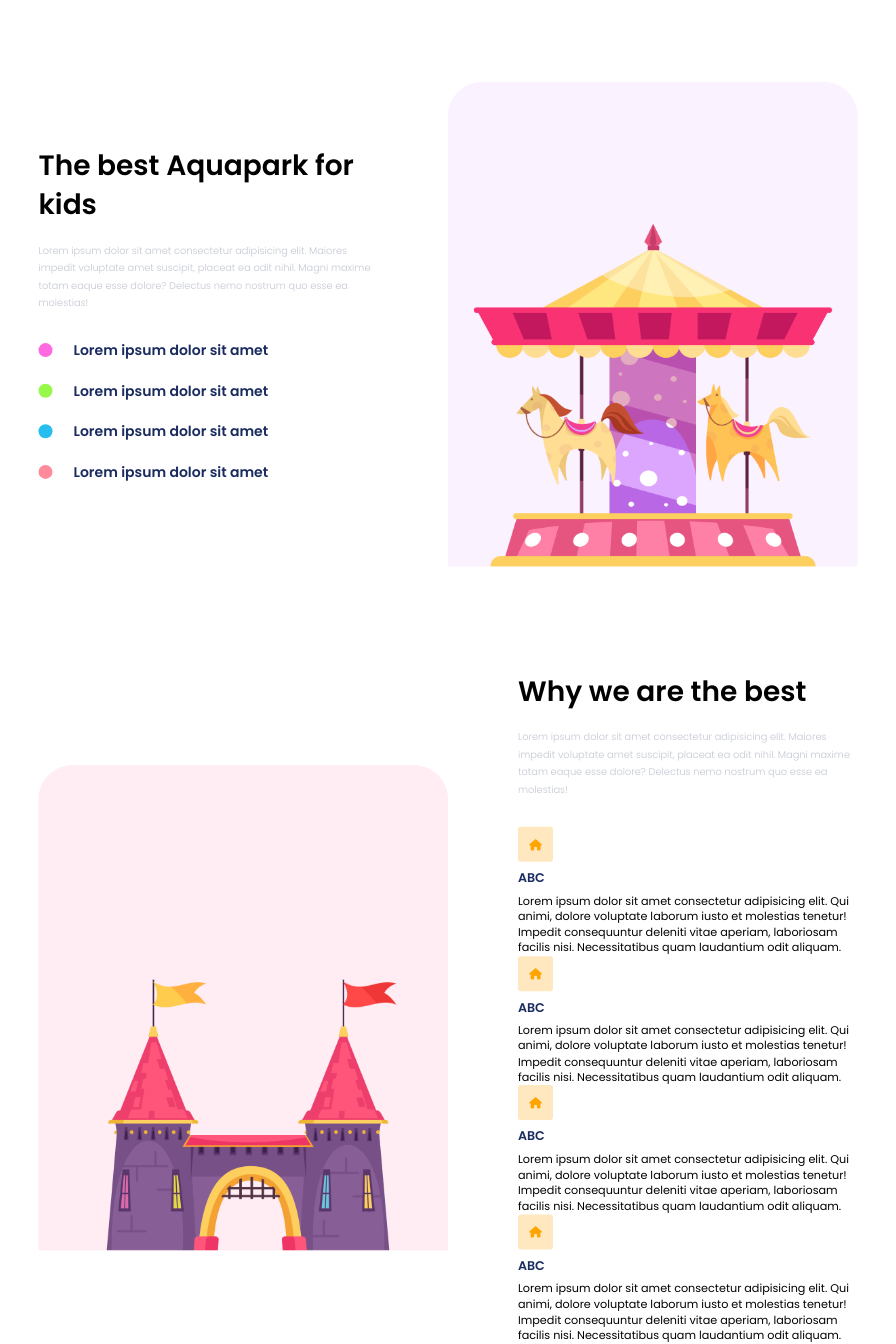
Repository: khuong30082000/the-playground
Page: index.html
These files come from the project's save history. The page is drawn as it stood at one moment and after the next save; the edit follows.
The browser window is 1280 px wide. The pictures show the part of the page from y = 2083 to 4003 px (the page is 4003 px tall), at 70% of full size.
Some web libraries are served in a nearby version. The style sheet was rebuilt from its Sass, Less or Tailwind sources for each picture, by a compiler version that may differ from the author's.

Above is the page before, as saved 2022-06-20 22:14:27.

### index.html
<!DOCTYPE html>
<html lang="en">
  <head>
    <meta charset="UTF-8" />
    <meta http-equiv="X-UA-Compatible" content="IE=edge" />
    <meta name="viewport" content="width=device-width, initial-scale=1.0" />
    <title>Document</title>
    <link rel="stylesheet" href="css/style.css" />
    <link rel="preconnect" href="https://fonts.googleapis.com" />
    <link rel="preconnect" href="https://fonts.gstatic.com" crossorigin />
    <link
      href="https://fonts.googleapis.com/css2?family=Poppins:wght@300;400;600;700&display=swap"
      rel="stylesheet"
    />
    <link rel="stylesheet" href="https://cdnjs.cloudflare.com/ajax/libs/font-awesome/6.1.1/css/all.min.css" integrity="sha512-KfkfwYDsLkIlwQp6LFnl8zNdLGxu9YAA1QvwINks4PhcElQSvqcyVLLD9aMhXd13uQjoXtEKNosOWaZqXgel0g==" crossorigin="anonymous" referrerpolicy="no-referrer" />
  </head>
   <!-- sass scss/style.scss css/style.css --watch -->
  <body>
    <div class="wrapper">
      <header class="header">
        <div class="container header__inner">
          <a href="" class="header__logo">
            <span class="header__text">Play</span>ground
          </a>
          <nav class="header__menu">
            <ul class="header__menu-list">
              <li class="header__menu-item">
                <a href="" class="header__menu-link">Events</a>
              </li>
              <li class="header__menu-item">
                <a href="" class="header__menu-link">Pricing</a>
              </li>
              <li class="header__menu-item">
                <a href="" class="header__menu-link">Blog</a>
              </li>
              <li class="header__menu-item ">
                <a href="" class="header__menu-link header__menu-login">Login</a>
              </li>
            </ul>
          </nav>
        </div>
      </header>
      <section class="banner">
        <div class="container">
            <h1 class="banner__heading">The Kids PlayGround</h1>
            <p class="banner__desc">Lorem ipsum dolor sit amet consectetur adipisicing elit. Vitae voluptatibus minus veritatis. Minus explicabo maxime blanditiis reprehenderit. Voluptatum, quae. Expedita itaque sunt necessitatibus excepturi illum ea maxime quod corrupti vitae.</p>
            <div class="banner__buttons">
                  <a href="" class="btn btn--border btn--rounded">Explore</a>
                  <a href="" class="btn btn--primary btn--rounded has-shadow">Buy Tickets</a>
            </div>
        </div>
      </section>
     <section class="category">
        <div class="container">
            <ul class="category__list">
                <li class="category__item">
                    <img src="images/img1.png" alt="" class="category__image">
                    <h3 class="category__name">Safe Rides Safe Rides Safe Rides </h3>
                    <a href="" class="category__details">
                        abc <i class="fa fa-angle-right"></i>
                    </a>
                </li>
                <li class="category__item">
                    <img src="images/img2.png" alt="" class="category__image">
                    <h3 class="category__name">Safe Rides</h3>
                    <a href="" class="category__details">
                        abc <i class="fa fa-angle-right"></i>
                    </a>
                </li>
                <li class="category__item">
                    <img src="images/img3.png" alt="" class="category__image">
                    <h3 class="category__name">Safe Rides</h3>
                    <a href="" class="category__details">
                        abc <i class="fa fa-angle-right"></i>
                    </a>
                </li>
                <li class="category__item">
                    <img src="images/img4.png" alt="" class="category__image">
                    <h3 class="category__name">Safe Rides</h3>
                    <a href="" class="category__details">
                        abc <i class="fa fa-angle-right"></i>
                    </a>
                </li>
            </ul>
        </div>
     </section>
     <section class="feature">
      <div class="container">
        <div class="feature__item">
          <div class="feature__image">
            <img src="images/img5.png" alt="" srcset="">
          </div>
          <div class="feature__info">
            <h2 class="feature__heading">The outdoor environment is age-appropriate to play</h2>
            <p class="feature__desc">Lorem ipsum dolor sit amet consectetur adipisicing elit. Maiores impedit voluptate amet suscipit, placeat ea odit nihil. Magni maxime totam eaque esse dolore? Delectus nemo nostrum quo esse ea molestias!</p>
            <ul class="feature__list">
              <li class="feature__intro-item">Lorem ipsum dolor sit amet consectetur adipisicing elit.</li>
              <li class="feature__intro-item">Lorem ipsum dolor sit amet consectetur adipisicing elit.</li>
              <li class="feature__intro-item">Lorem ipsum dolor sit amet consectetur adipisicing elit.</li>
            </ul>
            <a href="" class="btn btn--primary btn--rounded">Visit Now </a>

          </div>

        </div>
        <div class="feature__item">
          <div class="feature__image">
            <img src="images/img6.png" alt="" srcset="">
          </div>
          <div class="feature__info">
            <h2 class="feature__heading">The best Aquapark for kids</h2>
            <p class="feature__desc">Lorem ipsum dolor sit amet consectetur adipisicing elit. Maiores impedit voluptate amet suscipit, placeat ea odit nihil. Magni maxime totam eaque esse dolore? Delectus nemo nostrum quo esse ea molestias!</p>
            <ul class="feature__list">
              <li class="feature__intro-item feature__intro-item--circle">Lorem ipsum dolor sit amet</li>
              <li class="feature__intro-item feature__intro-item--circle">Lorem ipsum dolor sit amet</li>
              <li class="feature__intro-item feature__intro-item--circle">Lorem ipsum dolor sit amet</li>
              <li class="feature__intro-item feature__intro-item--circle">Lorem ipsum dolor sit amet</li>
            </ul>

          </div>

        </div>
        <div class="feature__item">
          <div class="feature__image">
            <img src="images/img7.png" alt="" srcset="">
          </div>
          <div class="feature__info">
            <h2 class="feature__heading">Why we are the best</h2>
            <p class="feature__desc">Lorem ipsum dolor sit amet consectetur adipisicing elit. Maiores impedit voluptate amet suscipit, placeat ea odit nihil. Magni maxime totam eaque esse dolore? Delectus nemo nostrum quo esse ea molestias!</p>
            <ul class="feature__best-list">
              <li class="feature__best-item">
               <div class="feature__best-icon">
                 <i class="fa fa-home"></i>
               </div>
                <h4 class="feature__best-title">ABC</h4>
                <p class="feature__best-desc">Lorem ipsum dolor sit amet consectetur adipisicing elit. Qui animi, dolore voluptate laborum iusto et molestias tenetur! Impedit consequuntur deleniti vitae aperiam, laboriosam facilis nisi. Necessitatibus quam laudantium odit aliquam.</p>
              </li>
              <li class="feature__best-item">
                <div class="feature__best-icon">
                  <i class="fa fa-home"></i>
                </div>
                <h4 class="feature__best-title">ABC</h4>
                <p class="feature__best-desc">Lorem ipsum dolor sit amet consectetur adipisicing elit. Qui animi, dolore voluptate laborum iusto et molestias tenetur! Impedit consequuntur deleniti vitae aperiam, laboriosam facilis nisi. Necessitatibus quam laudantium odit aliquam.</p>
              </li>
              <li class="feature__best-item">
                <div class="feature__best-icon">
                  <i class="fa fa-home"></i>
                </div>
                <h4 class="feature__best-title">ABC</h4>
                <p class="feature__best-desc">Lorem ipsum dolor sit amet consectetur adipisicing elit. Qui animi, dolore voluptate laborum iusto et molestias tenetur! Impedit consequuntur deleniti vitae aperiam, laboriosam facilis nisi. Necessitatibus quam laudantium odit aliquam.</p>
              </li>
              <li class="feature__best-item">
                <div class="feature__best-icon">
                  <i class="fa fa-home"></i>
                </div>
                <h4 class="feature__best-title">ABC</h4>
                <p class="feature__best-desc">Lorem ipsum dolor sit amet consectetur adipisicing elit. Qui animi, dolore voluptate laborum iusto et molestias tenetur! Impedit consequuntur deleniti vitae aperiam, laboriosam facilis nisi. Necessitatibus quam laudantium odit aliquam.</p>
              </li>

            </ul>

          </div>

        </div>
      </div>
     </section>
    </div>
  </body>
</html>

### scss/style.scss
@import "./variable";
@import "./mixins";
@import "./base";
@import  "./header";
@import "./banner";
@import "./category";
@import "./feature";

### scss/_variable.scss
$primary-color:#ffc87a;
$text-color:#1a2b5f;
$desc-color:rgb(195,199,210);

### scss/_mixins.scss
@mixin flex($align:flex-start,$justify:flex-start,$wrap:nowrap) {
   display:flex;
   align-items: $align;
   justify-content: $justify;
   flex-wrap: $wrap;
}

### scss/_base.scss
*,
*::before,
*::after {
    box-sizing: border-box;
}
* {
    margin: 0;
    padding: 0;
}

html,
body {
    height: 100%;
    font-size: 62.5%;
}
a {
    text-decoration: none;
}
ul {
    list-style: none;;
}
body {
    line-height: 1.5;
    -webkit-font-smoothing: antialiased;
    -webkit-tap-highlight-color: rgba(0, 0, 0, 0);
}
img {
    display: block;
    max-width: 100%;
}

input,
button,
textarea,
select {
    font: inherit;
    outline: none;
    border: none;
}
p,
h1,
h2,
h3,
h4,
h5,
h6 {
    overflow-wrap: break-word;
}
body {
    font-family: "Poppins", sans-serif;
    font-size: 1.6rem;
    line-height: 1.4;

}
.wrapper {
    max-width: 1440px;
    margin: auto ;
}
.container {
    max-width: 1210px;
    padding-left: 20px;
    padding-right: 20px;
    margin: 0 auto;
}
.btn {
    cursor: pointer;
    outline: none;
    text-align: center;
    font-size: 1.6rem;
    color: $text-color;
    display: inline-block;
    padding: 15px 30px;
    border: 0;
    background-color: transparent;
    &--border {
        border: 1px solid currentColor;
    }
    &--rounded {
        border-radius: 50px;
    }
    &--primary {
        background-color: $primary-color;
        &.has-shadow {
            box-shadow: 0 10px 35px -5px $primary-color;
        }
    }
}

### scss/_header.scss
.header {
  padding-top: 40px;
  &__logo {
    font-size: 2.5rem;
    font-weight: 600;
    color: $text-color;
  }
  &__text {
    color: $primary-color;
  }
  &__inner {
    display: flex;
    justify-content: space-between;
  }

  &__menu-list {
    display: flex;
    align-items: center;
  }
  &__menu-item {
    margin-left: 50px;

  }
  &__menu-item:last-child {
    margin-left: 70px;
  }
  &__menu-link {
    font-size: 1.6rem;
    color: $text-color;
    transition: color .25s linear,border .25s linear;
    &:hover {
      color: $primary-color;
    }
  }
  &__menu-login {
    padding:15px 25px;
    border:1px solid currentColor;
    border-radius: 25px;
  }
}

### scss/_banner.scss
.banner{
    padding-top: 150px;
    padding-bottom: 150px;
    margin: 0 auto;
    max-width: 800px;
    text-align: center;
    &__heading {
       font-weight: 700;
       font-size: 4.5rem;
       margin-bottom: 30px;
       color:$text-color;
    }
    &__desc{
        margin-bottom:20px;
        font-size: 1.8rem;
        font-weight: 300;
        margin-bottom: 40px;
        color:$desc-color;
    }
    &__buttons {
        display: flex;
        justify-content: center;
        align-items: stretch;
        .btn {
            margin:0 10px;
        }
    }
}

### scss/_category.scss
.category {
    &__list {
        display: flex;
        align-items: stretch;
        justify-content: space-between;
        flex-wrap: wrap;
    }
    &__item {
        width: calc(25% - 22.5px);
        padding: 25px;
        // background-color: #fafafa;
        border-radius: 20px;
        display: flex;
        // align-items: stretch;
        flex-direction: column;
        &:first-child {
            box-shadow: 0 6px 35px 20px rgb(255,243,247);
        }
        &:nth-child(2) {
            box-shadow: 0 6px 35px 20px rgb(255,237,236);
        }
        &:nth-last-child(2) {
            box-shadow: 0 6px 35px 20px rgb(239,241,254);
        }
        &:last-child {
            box-shadow: 0 6px 35px 20px rgb(254,248,236);
        }
    }
    &__image {
        border-radius: inherit;
        height: 230px;
        width: 100%;
        object-fit: cover;
        margin-bottom: 40px;
    }
    &__name {
        font-size: 2.5rem;
        margin-bottom: 25px;
        color:$text-color;
        // white-space: nowrap;
        // overflow: hidden;
        // text-overflow: ellipsis;

    }
    &__details {
        font-size: 1.4rem;
        color:$desc-color;
        margin-top: auto;
        & i {
            margin-left: 15px;
        }
    }


}

### scss/_feature.scss
.feature {
    padding-top: 180px;
    &__item {
        display: flex;
        align-items: center;
        margin-bottom: 150px;
        &:nth-child(odd) {
            .feature__info {
                padding-left: 100px;
            }
        }
        &:nth-child(even) {
            flex-direction: row-reverse;
            .feature__info {
                padding-right: 100px;
            }
        }
    }
    &__image,&__info {
        width: 50%;
    }
    // &__info {
    //    padding-left: 100px;
    // }
    &__heading {
        font-size: 40px;
        font-weight: 600;
        margin-bottom: 25px;
    }
    &__desc {
        font-weight: 300;
        font-size: 1.4rem;
        color:$desc-color;
        margin-bottom: 40px;
        line-height: 1.8;
    }
    &__list{
        & .feature__intro-item {
            font-weight: 600;
            margin-bottom: 30px;
            text-decoration: underline;
            font-size: 2rem;
            color:$text-color;
            &--circle {
                text-decoration: none;
                position: relative;
                padding-left: 50px;
                &::before {
                    content: "";
                    left: 0;
                    top: 50%;
                    transform: translateY(-50%);
                    width: 20px;
                    height: 20px;
                    border-radius: 20px;
                    background-color: rgb(255,106,225);
                    position: absolute;

                }
                &:nth-child(2)::before {
                    background-color: rgb(152,248,73);
                }
                &:nth-child(3)::before {
                    background-color: rgb(38,190,238);
                }
                &:last-child::before {
                    background-color: rgb(254,138,156);
                }

            }

        }
    }
    &__best {
        &-icon {
            margin-bottom: 10px;
            width: 50px;
            height: 50px;
            border-radius: 4px;
            color:#ffa400;
            position: relative;
            display: flex;
            justify-content: center;
            align-items: center;
            position: relative;
            z-index: 1;
            &::after {
                content: "";
                width: 100%;
                height: 100%;
                border-radius: inherit;
                background-color: currentColor;
                position: absolute;
                opacity: 0.25;
                top:0;
                left: 0;
                z-index: -1;
            }

        }
        &-title {
            font-size: 1.8rem;
            margin-bottom: 10px;
            font-weight: 600;
            color: $text-color;
        }

    }
}

After the next save:
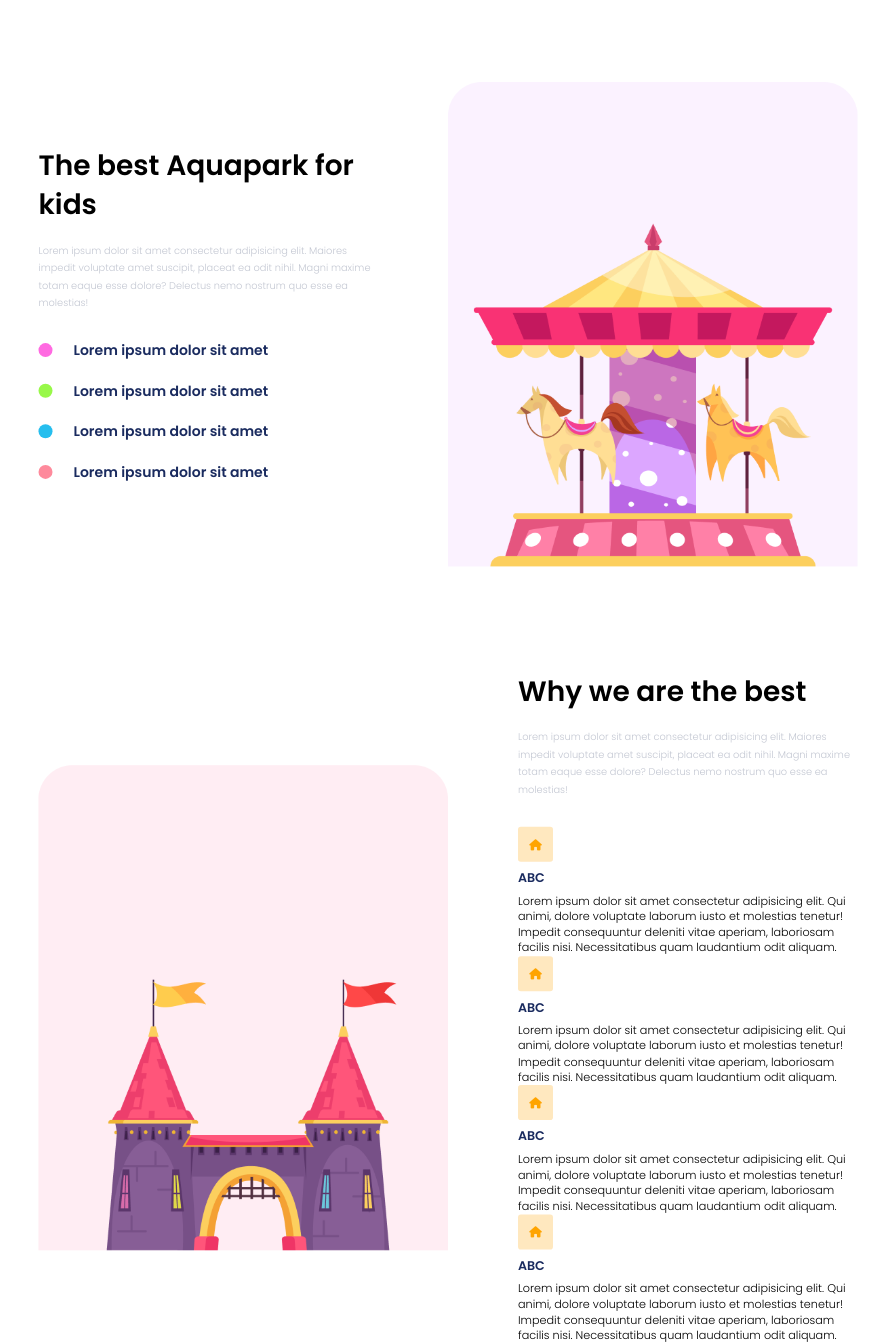
Saved 71 s later.
--- a/scss/_feature.scss
+++ b/scss/_feature.scss
@@ -104,6 +104,9 @@
             font-weight: 600;
             color: $text-color;
         }
+        &-desc {
+            font-weight: 300;
+        }
 
     }
 }
